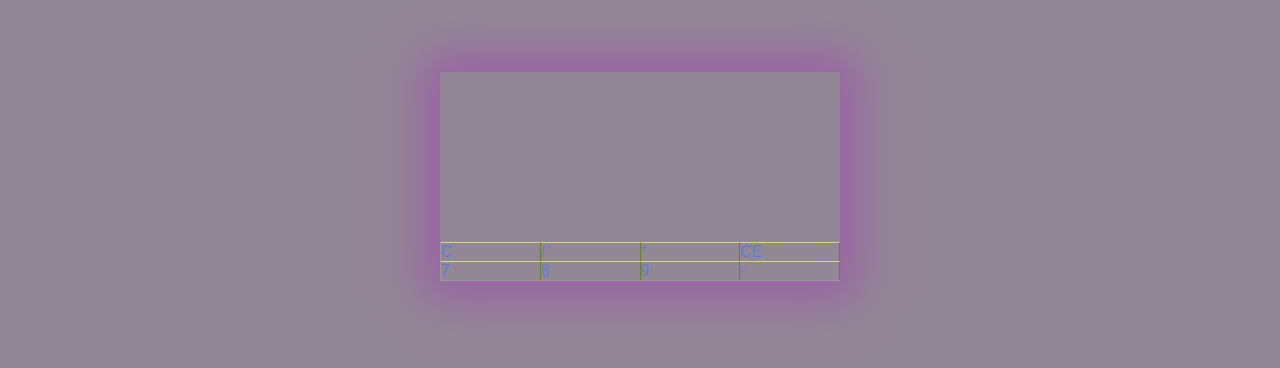
Repository: LuisMiLR/Calculatrice-with-JS---HTML---CSS-
Page: index.html
An editor plug-in stored every save of this project. The page is shown before and after the next save, followed by the edit.
The browser window is 1280 px wide. The pictures show the whole page.

Above is the page before, as saved 2023-03-20 22:18:38.

After the next save:
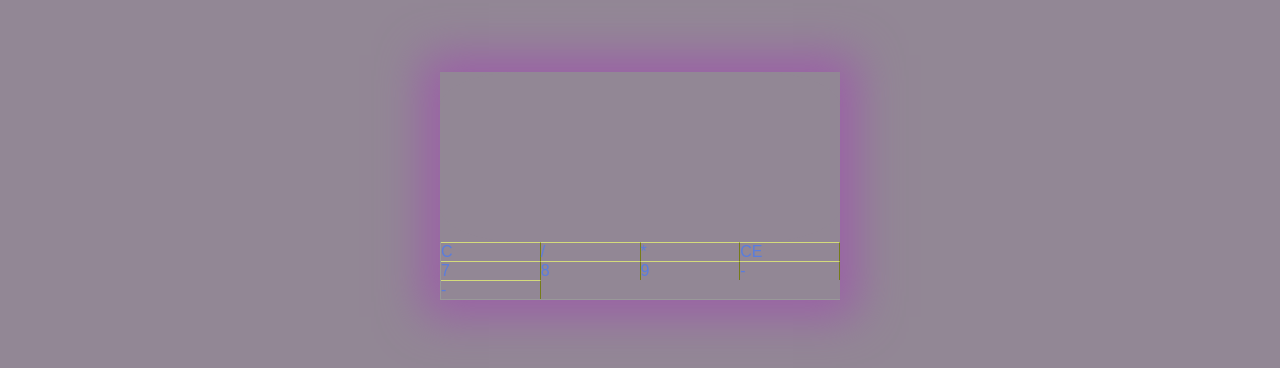
Saved 6 s later.
--- a/apps.js
+++ b/apps.js
@@ -51,4 +51,4 @@ buttons.appendChild(button7);
 const button8 = document.createElement('div');
 button8.className = "button";
 button8.textContent = "-";
-buttons.appendChild(button7);
+buttons.appendChild(button8);
